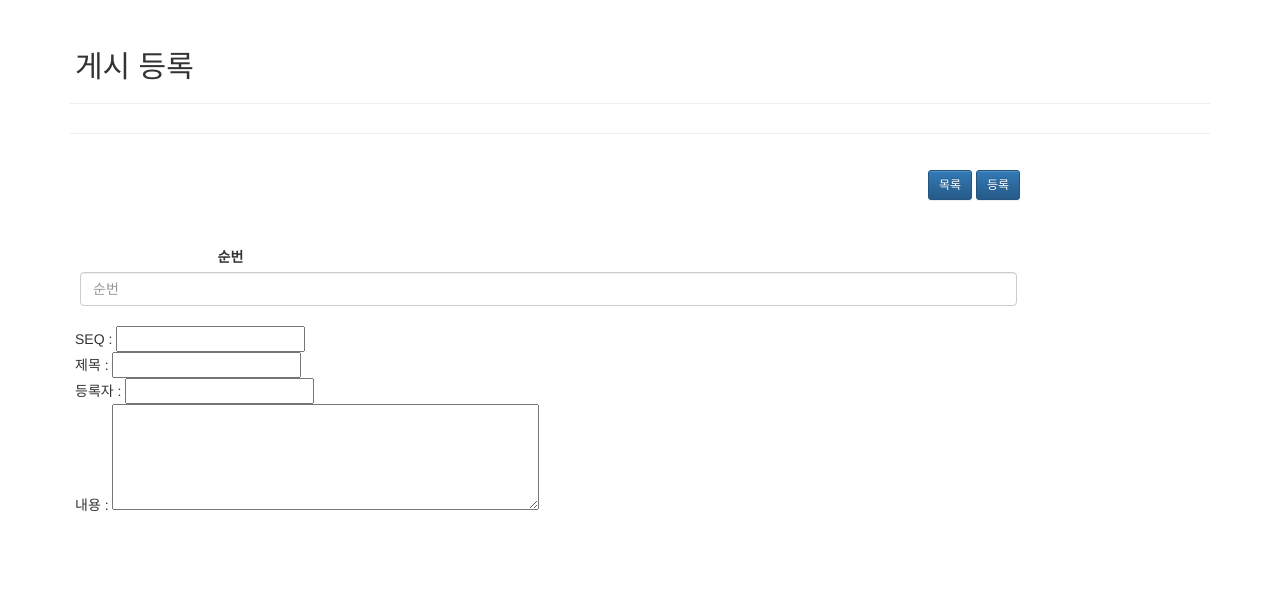
Repository: dongseon-git/WEB_JSP
Page: http://localhost/studyhtml5/board/board_reg.jsp
An editor plug-in stored every save of this project. The page is shown before and after the next save, followed by the edit.
The browser window is 1280 px wide. The pictures show the whole page.
The page is served by Tomcat 9. Nobody is signed in. The application's start-up code is not run.

Above is the page before, as saved 2022-05-24 05:43:49.

After the next save:
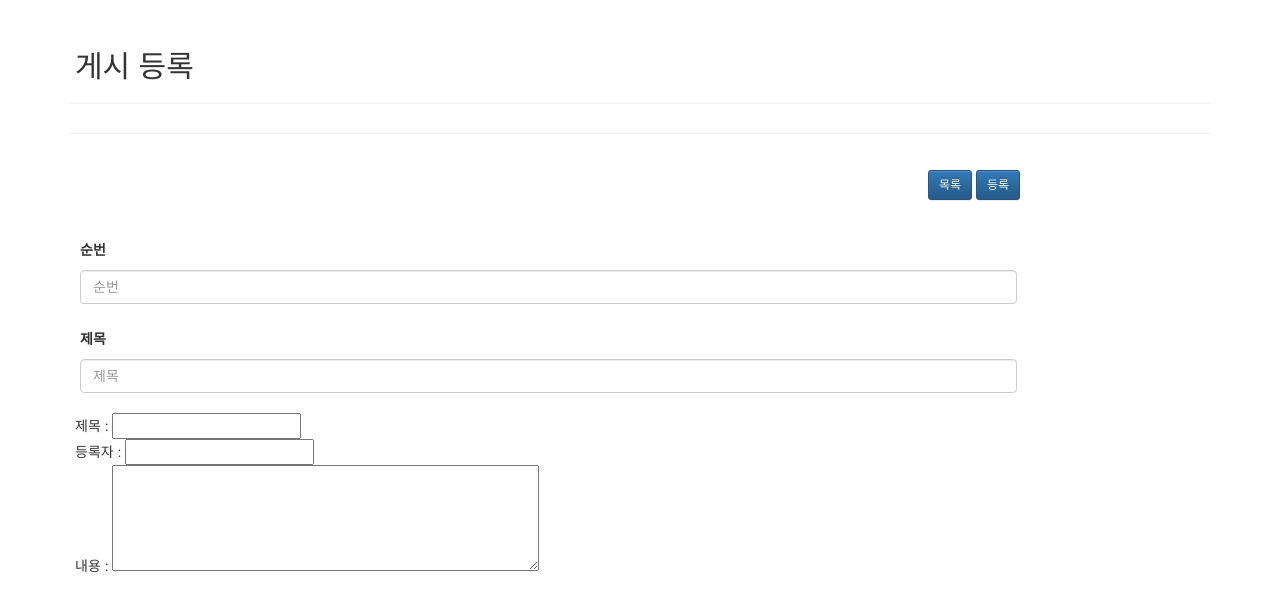
Saved 96 s later.
--- a/workspace/studyhtml5/WebContent/board/board_reg.jsp
+++ b/workspace/studyhtml5/WebContent/board/board_reg.jsp
@@ -55,14 +55,19 @@
     <form action="<%=contPath %>/board/board.do" name="boardFrm" id="boardFrm" class="form-horizontal">
           <input type="hidden" name="work_div" id="work_div" value="doSave"><br>
     <div class="form-group">
-   <label for="seq" class="col-sm-3 col-md-2 col-lg-2 control-label">순번</label>
+   <label for="seq" class="col-sm-3 col-md-2 col-lg-2 ">순번</label>
    <div class="col-sm-9 col-md-10 col-lg-10">
      <input type="text" maxlength="100" name="seq" id="seq" placeholder="순번" class="form-control">
    </div>
  </div>
+       <div class="form-group">
+  <label for="title" class="col-sm-3 col-md-2 col-lg-2 ">제목</label>
+  <div class="col-sm-9 col-md-10 col-lg-10">
+    <input type="text" maxlength="100" name="title" id="title" placeholder="제목" class="form-control">
+  </div>
+</div>
 
 
-      SEQ : <input type="text" name="seq" id="seq"><br>
          제목 : <input type="text" name="title" id="title" maxlength="200"><br>
          등록자 : <input type="text" name="reg_id" id="reg_id"><br>
          내용 : <textarea rows="5" cols="50" name="contents" id="contents"></textarea><br>
